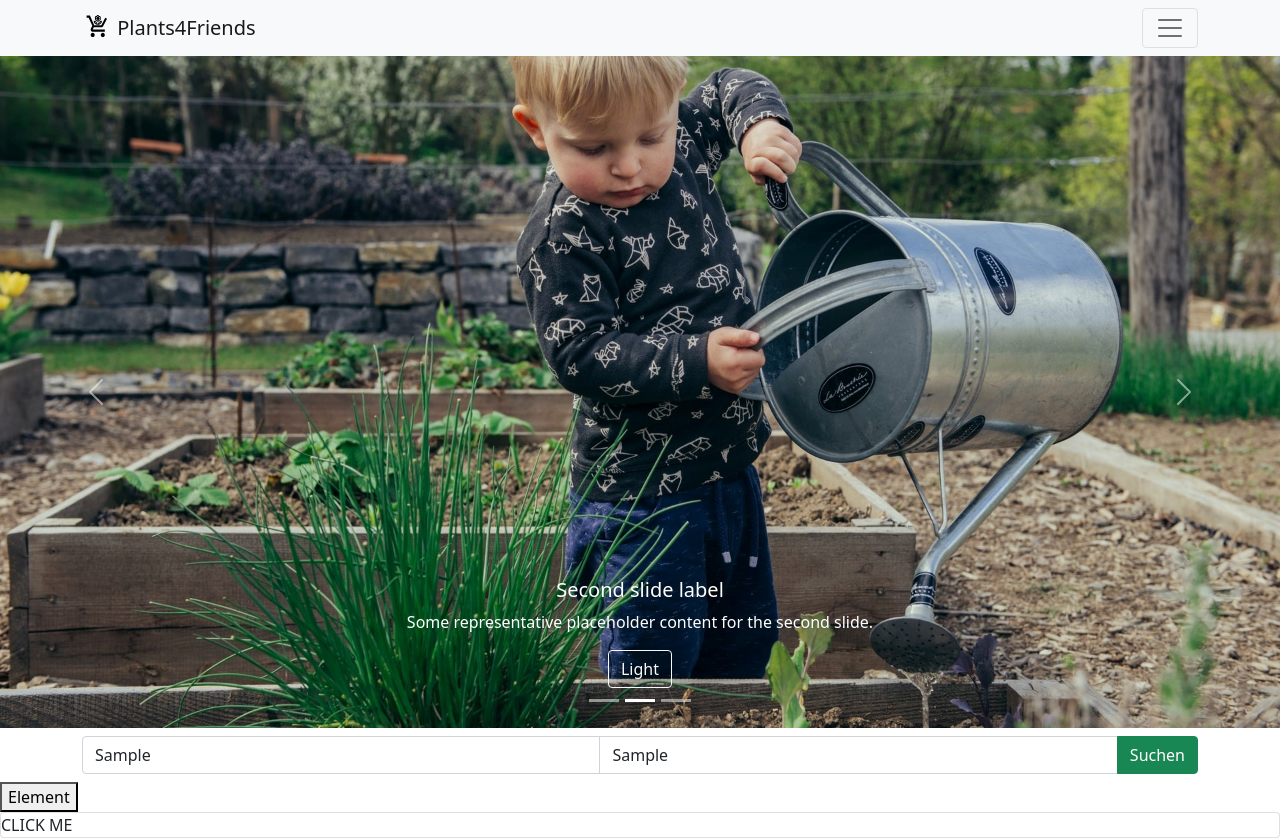
Repository: Carlson43/PlantsForFriends
Page: Website/index.html
An editor plug-in stored every save of this project. The page is shown before and after the next save, followed by the edit.
The browser window is 1280 px wide. The pictures show the whole page.
Empty fields were first filled with sample values (such as "Sample", 5 or name@example.com).
After loading, the first visible `button[onclick="addElement();"]` was clicked once.

Above is the page before, as saved 2022-01-03 21:42:09.
Console error: TypeError: Cannot read properties of null (reading 'style')

After the next save:
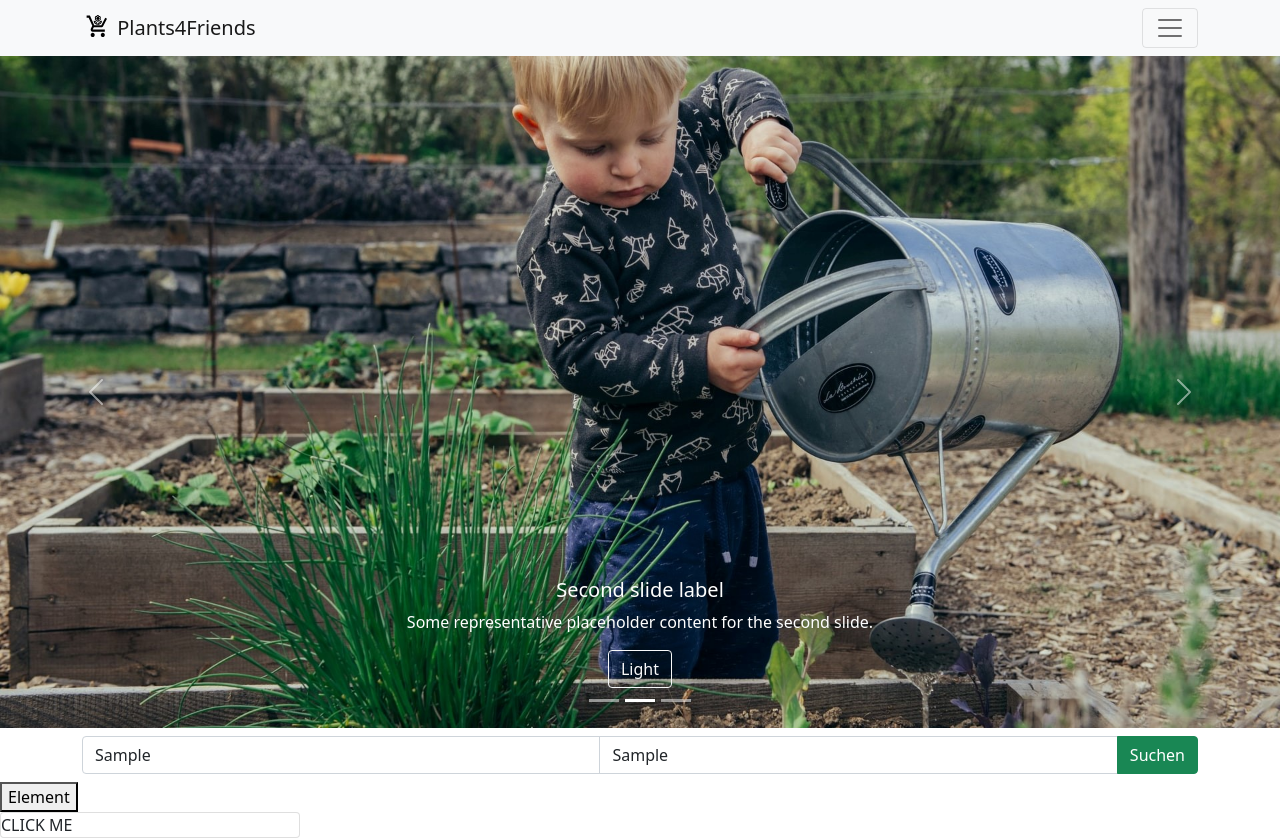
The error is gone.
Saved 19 s later.
--- a/Website/Backend.js
+++ b/Website/Backend.js
@@ -129,10 +129,10 @@ function search_and_display()
 function addElement(){
 
     var btn = document.createElement("div");
-    btn.setAttribute("id", "Div1");
+    btn.setAttribute("id", "Test11");
     btn.className = 'card';
     btn.innerHTML = "CLICK ME";
     document.body.appendChild(btn);
-    document.getElementById("btn").style.width = "300px";
+    document.getElementById("Test11").style.width = "300px";
 
 }
